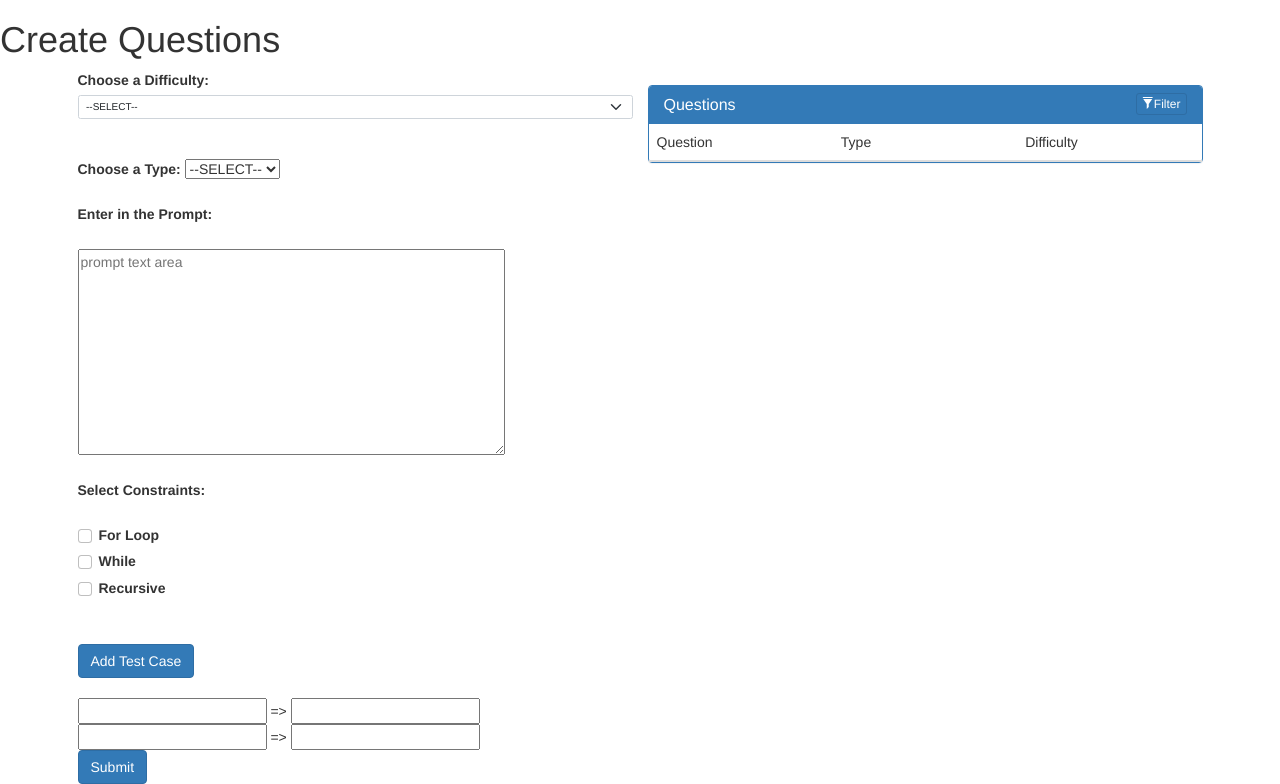
Repository: kavine24/CS490-Python-LMS
Page: html/portal/t/CreateQuestion.html
An editor plug-in stored every save of this project. The page is shown before and after the next save, followed by the edit.
The browser window is 1280 px wide. The pictures show the whole page.
The page's requests for data from a server got no answer. Some web libraries are served in a nearby version.

Above is the page before, as saved 2022-04-05 18:43:16.

### html/portal/t/CreateQuestion.html
<!DOCTYPE html>
<html>
  <head>
    <title>Create Questions</title>
    <!--<link rel="stylesheet" href="style.css">-->

    <link href="https://cdn.jsdelivr.net/npm/bootstrap@5.1.3/dist/css/bootstrap.min.css" rel="stylesheet" integrity="sha384-1BmE4kWBq78iYhFldvKuhfTAU6auU8tT94WrHftjDbrCEXSU1oBoqyl2QvZ6jIW3" crossorigin="anonymous">
    <link href="//netdna.bootstrapcdn.com/bootstrap/3.1.0/css/bootstrap.min.css" rel="stylesheet" id="bootstrap-css">
    <script src="//code.jquery.com/jquery-1.11.1.min.js"></script>
    <script src="//netdna.bootstrapcdn.com/bootstrap/3.1.0/js/bootstrap.min.js"></script>
  </head>

  <style>
    .filterable {
    margin-top: 15px;
    }
    .filterable .panel-heading .pull-right {
        margin-top: -20px;
    }
    .filterable .filters input[disabled] {
        background-color: transparent;
        border: none;
        cursor: auto;
        box-shadow: none;
        padding: 0;
        height: auto;
    }
    .filterable .filters input[disabled]::-webkit-input-placeholder {
        color: #333;
    }
    .filterable .filters input[disabled]::-moz-placeholder {
        color: #333;
    }
    .filterable .filters input[disabled]:-ms-input-placeholder {
        color: #333;
    }
  </style>

  <body>
    <h1>Create Questions</h1>
    <div class="container">
      <div class="row justify-content-around">
        <div class="col-6">
          <form id="createQuestionForm" onsubmit="submitQuestion()">
            <label for="questionDifficulty">Choose a Difficulty:</label>
            <select class="form-select" name="questionDifficulty" id="questionDifficulty">
              <option disabled selected value>--SELECT--</option>
              <option value="Easy">Easy</option>
              <option value="Medium">Medium</option>
              <option value="Hard">Hard</option>
            </select>

            <br><br>

            <label for="questionType">Choose a Type:</label>
            <select name="questionType" id="questionType">
              <option disabled selected value>--SELECT--</option>
              <option value="For Loop">For Loop</option>
              <option value="While Loop">While Loop</option>
              <option value="Recursion">Recursion</option>
              <option value="Arithmetic">Arithmetic</option>
              <option value="Strings">Strings</option>
            </select>

            <br><br>

            <!--Prompt-->
            <label for="prompt">Enter in the Prompt:</label>
            <br><br>
            <textarea id="prompt" name="prompt" rows="10" cols="50" placeholder="prompt text area"></textarea>
            <br><br>

            <!--Choosing Constraints-->
            <label for="constraints">Select Constraints:</label>
            <br><br>

            <div class="form-check">
              <input class="form-check-input" type="checkbox" id="checkFor">
              <label class="form-check-label">For Loop</label>
            </div>

            <div class="form-check">
              <input class="form-check-input" type="checkbox" id="checkWhile">
              <label class="form-check-label">While</label>
            </div>

            <div class="form-check">
              <input class="form-check-input" type="checkbox" id="checkRecursion">
              <label class="form-check-label">Recursive</label>
            </div>

            <br><br>

            <!--Test Cases-->
            <button class="btn btn-primary" type="button" onclick="addTestCase()">Add Test Case</button>
            <br><br>

            <input class="btn btn-primary" id="submit" type="submit" placeholder="Submit" class="submit"></input>
          </form>
        </div>

        <div class="col-6">
          <div class="panel panel-primary filterable">
            <div class="panel-heading">
              <h3 class="panel-title">Questions</h3>
                <div class="pull-right">
                  <button class="btn btn-primary btn-xs btn-filter"><span class="glyphicon glyphicon-filter"></span>Filter</button>
                </div>
            </div>

            <table class="table">
              <thead>
                <tr class="filters">
                  <th><input type="text" class="form-control" placeholder="Question" disabled></th>
                  <th><input type="text" class="form-control" placeholder="Type" disabled></th>
                  <th><input type="text" class="form-control" placeholder="Difficulty" disabled></th>
                </tr>
              </thead>

              <tbody id="tableBody">
              </tbody>
            </table>
          </div>
        </div>
      </div>
    </div>

    <script>
      $(document).ready(function(){
        $('.filterable .btn-filter').click(function(){
          var $panel = $(this).parents('.filterable'),
          $filters = $panel.find('.filters input'),
          $tbody = $panel.find('.table tbody');
          if ($filters.prop('disabled') == true) {
            $filters.prop('disabled', false);
            $filters.first().focus();
          } else {
            $filters.val('').prop('disabled', true);
            $tbody.find('.no-result').remove();
            $tbody.find('tr').show();
          }
        });

        $('.filterable .filters input').keyup(function(e){
          /* Ignore tab key */
          var code = e.keyCode || e.which;
          if (code == '9') return;

          /* Useful DOM data and selectors */
          var $input = $(this),
          $panel = $input.parents('.filterable'),
          column = $panel.find('.filters th'),
          $table = $panel.find('.table'),
          $rows = $table.find('tbody tr');

          /* Dirtiest filter function ever ;) */
          var $filteredRows = $rows.filter(function(){
            var q = $(this).find('td').eq(0).text().toLowerCase();
            var t = $(this).find('td').eq(1).text().toLowerCase();
            var d = $(this).find('td').eq(2).text().toLowerCase();

            qi = q.indexOf(column[0].childNodes[0].value.toLowerCase());
            ti = t.indexOf(column[1].childNodes[0].value.toLowerCase());
            di = d.indexOf(column[2].childNodes[0].value.toLowerCase());

            notValid = (qi === -1) || (ti === -1) || (di === -1);

            return notValid;
          });
          /* Clean previous no-result if exist */
          $table.find('tbody .no-result').remove();
          /* Show all rows, hide filtered ones (never do that outside of a demo ! xD) */
          $rows.show();
          $filteredRows.hide();
          /* Prepend no-result row if all rows are filtered */
          if ($filteredRows.length === $rows.length) {
            $table.find('tbody').prepend($('<tr class="no-result text-center"><td colspan="'+ $table.find('.filters th').length +'">No result found</td></tr>'));
          }
        });
      });

      // add all necacarry event listeners
      //submit listener
      const form = document.getElementById("createQuestionForm");
      function handleForm(event) { event.preventDefault(); }
      form.addEventListener('submit', handleForm);

      let attemptMade = false;

      const inputs = [];
      const questions = [];

      addTestCase();
      addTestCase();
      updateQuestionTable();

      function addTestCase(){
        const testCase = document.createElement("input");
        const result = document.createElement("input");

        inputs.push({testCase,result});

        document.getElementById("createQuestionForm").insertBefore(testCase, document.getElementById("submit"));
        document.getElementById("createQuestionForm").insertBefore(document.createTextNode(" => "), document.getElementById("submit"));
        document.getElementById("createQuestionForm").insertBefore(result, document.getElementById("submit"));
        document.getElementById("createQuestionForm").insertBefore(document.createElement("br"), document.getElementById("submit"));
      }

      function submitQuestion(){
        var difficulty = document.getElementById('questionDifficulty').value;
        var questionType = document.getElementById('questionType').value;
        var prompt = document.getElementById('prompt').value;
        var constraints = {
          for: document.getElementById('checkFor').checked,
          while: document.getElementById('checkWhile').checked,
          recursive: document.getElementById('checkRecursion').checked
        };

        var inputvals = [];
        var outputvals = [];

        for(let i = 0; i < inputs.length; i++){
          inputvals.push(inputs[i].testCase.value);
          outputvals.push(inputs[i].result.value);
        }

        var anyinputempty = false;

        for(let i = 0; i < inputs.length; i++){
          anyinputempty = inputs[i].testCase.value == "" || inputs[i].result.value == ""? true : anyinputempty
        }

        var requestType = 'CreateQuestionFTM';

        if(difficulty == "" || questionType == "" || prompt == "" || anyinputempty){
          if (!attemptMade) {
            const newDiv = document.createElement("div");
            const newContent = document.createTextNode("Cannot Submit: 1 or more fields invalid");
            newDiv.appendChild(newContent);

            document.getElementById("createQuestionForm").appendChild(document.createElement("br"));
            document.getElementById("createQuestionForm").appendChild(newDiv);
            attemptMade = true;
          }
          else{
              document.getElementById("createQuestionForm").lastChild.innerHTML = "Cannot Submit: 1 or more fields invalid";
          }
        }else{

          const data = {difficulty, questionType, prompt, constraints, inputvals, outputvals, requestType};

          const options = {
            method:'POST',
            headers: {
                "Content-type": "application/json; charset=UTF-8"
            },
            body: JSON.stringify(data)
          };
          fetch('http://cs490testcenter.ddns.net:50000/portal/frontBrowser.php', options)
          .then(response => response.json())
          .then(data => {
            if(data.didWork == 1){
              location.assign('http://cs490testcenter.ddns.net:50000/portal/t/CreateQuestion.html');
            }else{
              if (!attemptMade) {
              const newDiv = document.createElement("div");
              const newContent = document.createTextNode("Error Making Quesiton!");
              newDiv.appendChild(newContent);

              document.getElementById("createQuestionForm").appendChild(document.createElement("br"));
              document.getElementById("createQuestionForm").appendChild(newDiv);
              attemptMade = true;
              }
              else{
                document.getElementById("createQuestionForm").lastChild.innerHTML = "Error Making Quesiton!";
              }
            }
          })
          .catch((error) => {
            console.error('Error:', error);
          });
        }
      }

      function updateQuestionTable(){
        let requestType = "DisplayQuestionsFTM"
        const data = {requestType};

        const options = {
          method:'POST',
          headers: {
              "Content-type": "application/json; charset=UTF-8"
          },
          body: JSON.stringify(data)
        };
        fetch('http://cs490testcenter.ddns.net:50000/portal/frontBrowser.php', options)
        .then(response => response.json())
        .then(data => {
          for(let i = 0; i < data.length; i++){
            const tr = document.createElement("tr");

            const questionText = document.createElement("td");
            const typeText = document.createElement("td");
            const difficultyText = document.createElement("td");

            questionText.innerHTML = data[i].question;
            typeText.innerHTML = data[i].type;
            difficultyText.innerHTML = data[i].difficulty;

            tr.appendChild(questionText);
            tr.appendChild(typeText);
            tr.appendChild(difficultyText);

            questions.push({
              question: data[i],
              row: tr
            });

            document.getElementById("tableBody").appendChild(tr);
          }
        })
        .catch((error) => {
          console.error('Error:', error);
        });
      }
    </script>
  </body>
</html>

After the next save:
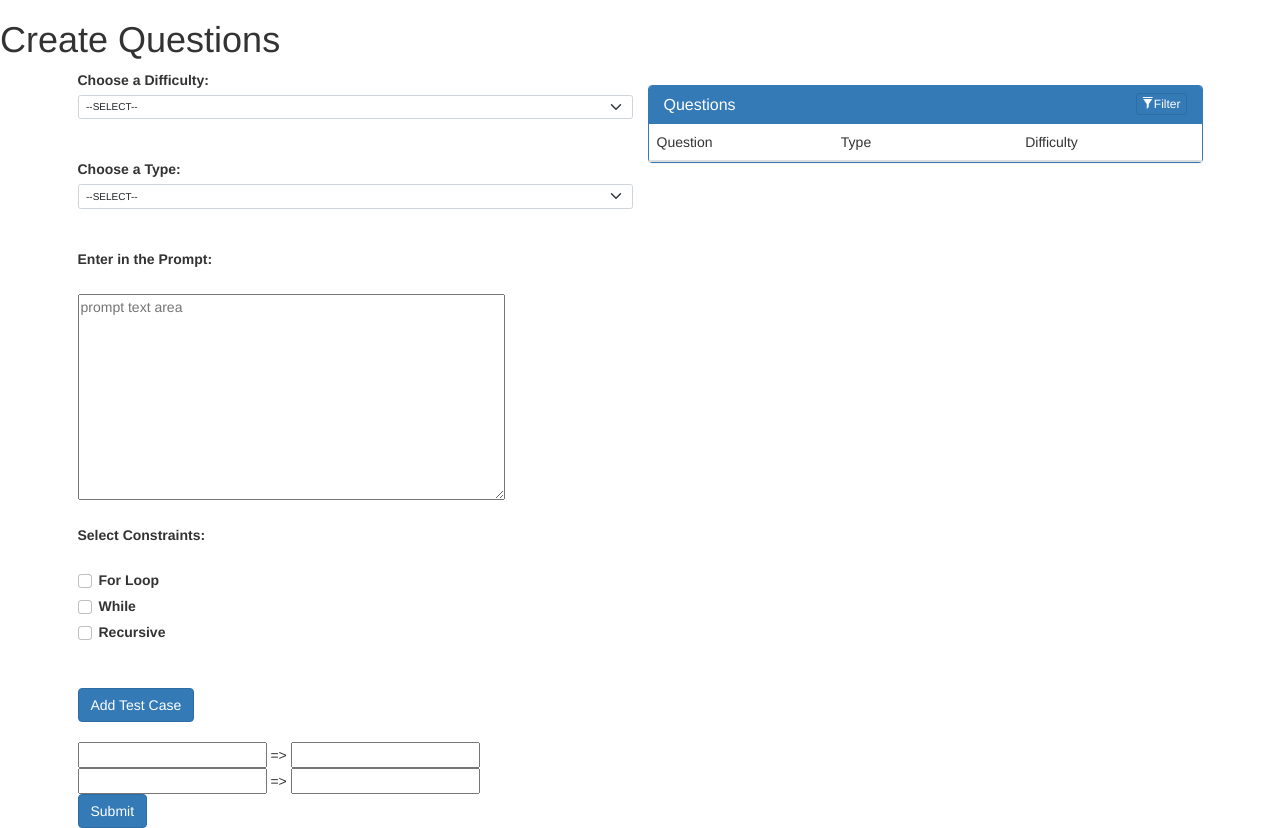
Saved 26 s later.
--- a/html/portal/t/CreateQuestion.html
+++ b/html/portal/t/CreateQuestion.html
@@ -43,7 +43,7 @@
         <div class="col-6">
           <form id="createQuestionForm" onsubmit="submitQuestion()">
             <label for="questionDifficulty">Choose a Difficulty:</label>
-            <select class="form-select" name="questionDifficulty" id="questionDifficulty">
+            <select class="form-select col-2" name="questionDifficulty" id="questionDifficulty">
               <option disabled selected value>--SELECT--</option>
               <option value="Easy">Easy</option>
               <option value="Medium">Medium</option>
@@ -53,7 +53,7 @@
             <br><br>
 
             <label for="questionType">Choose a Type:</label>
-            <select name="questionType" id="questionType">
+            <select class="form-select col-2" name="questionType" id="questionType">
               <option disabled selected value>--SELECT--</option>
               <option value="For Loop">For Loop</option>
               <option value="While Loop">While Loop</option>
